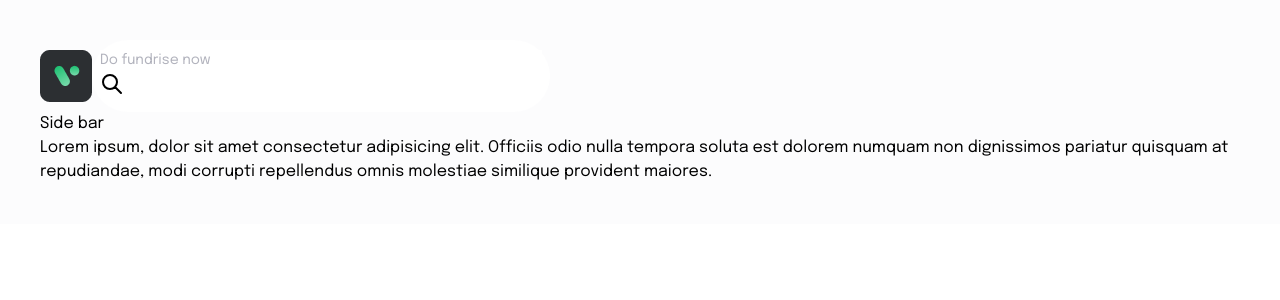
Repository: hoang0508/CrowFunding-APP
Page: /
An editor plug-in stored every save of this project. The page is shown before and after the next save, followed by the edit.
The browser window is 1280 px wide. The pictures show the whole page.
The project was rebuilt for these pictures with package versions that can differ from the ones it lists, and the page was loaded fresh each time. Imported but missing from the stored project, and not drawn on this page: src/store/reducers.

Above is the page before, as saved 2022-07-20 23:10:25.

After the next save:
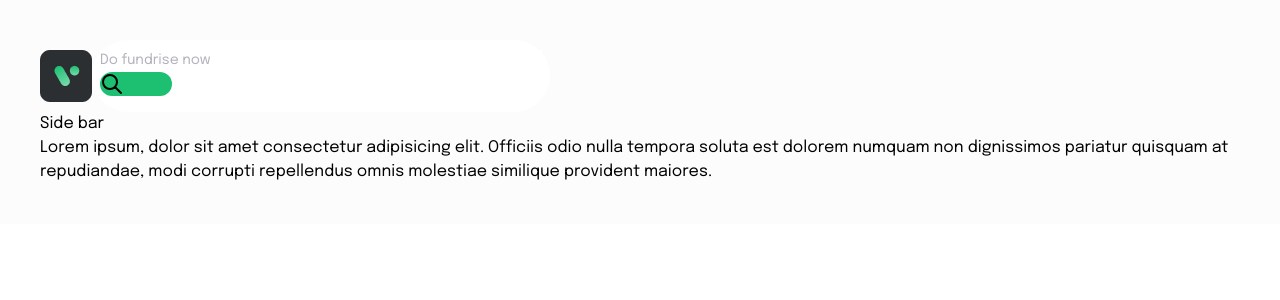
Saved 110 s later.
--- a/src/modules/dashboard/DashboardSearch.js
+++ b/src/modules/dashboard/DashboardSearch.js
@@ -10,7 +10,7 @@ const DashboardSearch = () => {
           className=" w-full text-sm font-normal placeholder:text-text4 text-text1"
         />
       </div>
-      <button>
+      <button className="w-[72px] h-full rounded-full bg-primary">
         <svg
           xmlns="http://www.w3.org/2000/svg"
           className="h-6 w-6"
